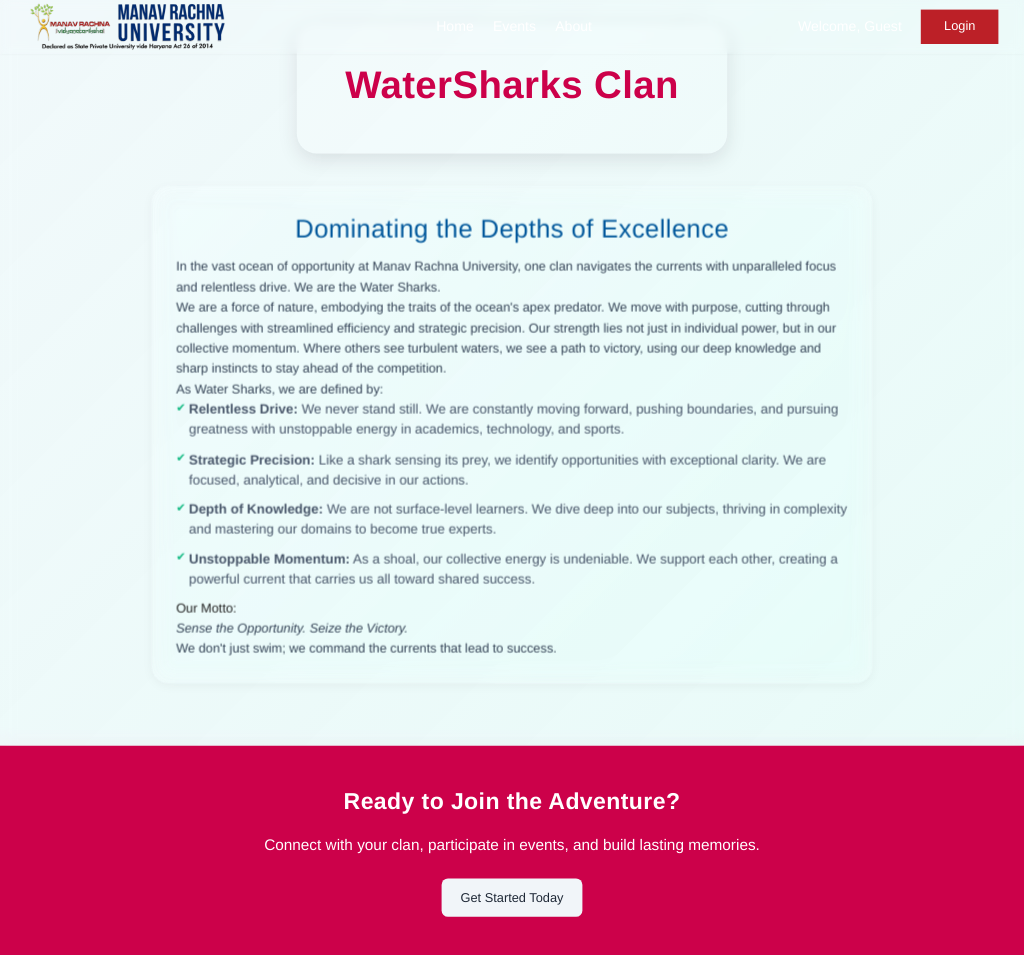
Repository: Aman-Sharma-Dev01/Clan-Event-Manager-0.1
Page: /water-sharks-page (app in Frontend/)
These files come from the project's save history. The page is drawn as it stood at one moment and after the next save; the edit follows.
The browser window is 1280 px wide. The pictures show the whole page, at 80% of full size.
The page's requests for data from a server got no answer. The project was rebuilt for these pictures with package versions that can differ from the ones it lists, and the page was loaded fresh each time. No one was signed in, and anything a server would have sent is missing. Also part of the build but not shown: Frontend/vite.config.js, Frontend/src/components/Login/Login.jsx, Frontend/src/components/About/About.jsx, Frontend/src/components/Dashboard/Dashboard.jsx, Frontend/src/components/HeroSection/HeroSection.css, Frontend/src/components/HeroSection/HeroSection.jsx, Frontend/src/components/ClanLogoSection/ClanLogoSection.css, Frontend/src/components/ClanLogoSection/ClanLogoSection.jsx and 25 more.

Above is the page before, as saved 2025-07-30 10:31:46.

### Frontend/index.html
<!doctype html>
<html lang="en">
  <head>
    <meta charset="UTF-8" />
    <link rel="icon" type="image/svg+xml" href="/download (1).png" />
    <meta name="viewport" content="width=device-width, initial-scale=1.0" />
    <title>Clan Event Manager</title>
  </head>
  <body>
    <div id="root"></div>
    <script type="module" src="/src/main.jsx"></script>
  </body>
</html>

### Frontend/src/main.jsx

import { createRoot } from 'react-dom/client'
import './index.css'
import App from './App.jsx'
import {BrowserRouter} from "react-router-dom";
import { AuthProvider } from './Context/AuthProvider.jsx';
createRoot(document.getElementById('root')).render(



  <BrowserRouter>
  <AuthProvider>
    <App />
  </AuthProvider>
  </BrowserRouter>
)

### Frontend/src/index.css
*{
  margin: 0;
  padding: 0;
  box-sizing: border-box;
  font-family: Helvetica, sans-serif
}
html, body {
  scroll-behavior: smooth;
}

### Frontend/src/Context/AuthProvider.jsx
import axios from "axios";
import React, { createContext, useContext, useEffect, useState } from "react";
import { BACKEND_URL } from "../components/utils";

export const AuthContext = createContext();

export const AuthProvider = ({ children }) => {
  const [events, setEvents] = useState();
  const [profile, setProfile] = useState();
  const [isAuthenticated, setIsAuthenticated] = useState(false);

  useEffect(() => {
    const fetchProfile = async () => {
      try {
        // token should be let type variable because its value will change in every login. (in backend also)
        let token = localStorage.getItem("jwt"); // Retrieve the token directly from the localStorage (Go to login.jsx)
        // console.log(token);
        if (token) {
          const { data } = await axios.get(
            `${BACKEND_URL}/api/users/get-my-profile`,
            {
              withCredentials: true,
              headers: {
                "Content-Type": "application/json",
              },
            }
          );
          console.log(data.user);
          setProfile(data);
          setIsAuthenticated(true);
        }
      } catch (error) {
        console.log(error);
      }
    };

    const fetchEvents = async () => {
      try {
        const { data } = await axios.get(
          `${BACKEND_URL}/api/event/allevents`,
          { withCredentials: true }
        );
        console.log(data);
        setEvents(data.events);
      } catch (error) {
        console.log(error);
      }
    };

    fetchEvents();
    fetchProfile();
  }, []);

  return (
    <AuthContext.Provider
      value={{
        events,
        profile,
        setProfile,
        isAuthenticated,
        setIsAuthenticated,
      }}
    >
      {children}
    </AuthContext.Provider>
  );
};

export const useAuth = () => useContext(AuthContext);

### Frontend/src/components/Footer/Footer.jsx
import React from "react";
import "./Footer.css";
import { useNavigate } from "react-router-dom";
const Footer = () => {
  const navigate = useNavigate();
  const toAbout = () => {
    navigate("/about");
  };
  return (
    <footer className="footer-cta">
      <h2>Ready to Join the Adventure?</h2>
      <p>Connect with your clan, participate in events, and build lasting memories.</p>
      <a href="#all-winners"><button className="cta-btn">Get Started Today</button></a>
    </footer>
  );
};

export default Footer;

### Frontend/src/components/KnowYourClan/WaterSharksPage.jsx
import React from "react";
import "./WaterSharksPage.css";

const WaterSharksPage = () => {
  return (
    <div className="watersharks-container">
      <div className="watersharks-hero">
        <h1> WaterSharks Clan</h1>

      </div>

      <div className="watersharks-content">
        <section className="watersharks-about">



 <h2> Dominating the Depths of Excellence</h2>

      <p>
        In the vast ocean of opportunity at Manav Rachna University, one clan navigates the currents with unparalleled focus and relentless drive. We are the Water Sharks.
      </p>

      <p>
        We are a force of nature, embodying the traits of the ocean's apex predator. We move with purpose, cutting through challenges with streamlined efficiency and strategic precision. Our strength lies not just in individual power, but in our collective momentum. Where others see turbulent waters, we see a path to victory, using our deep knowledge and sharp instincts to stay ahead of the competition.
      </p>

      <p>
        As Water Sharks, we are defined by:
      </p>

      <ul>
        <li>
          <strong>Relentless Drive:</strong> We never stand still. We are constantly moving forward, pushing boundaries, and pursuing greatness with unstoppable energy in academics, technology, and sports.
        </li>
        <li>
          <strong>Strategic Precision:</strong> Like a shark sensing its prey, we identify opportunities with exceptional clarity. We are focused, analytical, and decisive in our actions.
        </li>
        <li>
          <strong>Depth of Knowledge:</strong> We are not surface-level learners. We dive deep into our subjects, thriving in complexity and mastering our domains to become true experts.
        </li>
        <li>
          <strong>Unstoppable Momentum:</strong> As a shoal, our collective energy is undeniable. We support each other, creating a powerful current that carries us all toward shared success.
        </li>
      </ul>

      <h3 className="motto-heading">Our Motto:</h3>
      <p className="motto-text">
        <em>Sense the Opportunity. Seize the Victory.</em>
      </p>

      <p>
        We don't just swim; we command the currents that lead to success.
      </p>




        </section>




      </div>
    </div>
  );
};

export default WaterSharksPage;

### Frontend/src/ScrollToTop.jsx
import { useEffect } from "react";
import { useLocation } from "react-router-dom";

const ScrollToTop = () => {
  const { pathname } = useLocation();

  useEffect(() => {
    window.scrollTo({ top: 0, behavior: "instant" });
  }, [pathname]);

  return null;
};

export default ScrollToTop;

### Frontend/src/components/Login/Login.css
/* Login.css */

body {
  margin: 0;
  font-family: 'Inter', sans-serif;
  background-color: #f8fafc;
}

.login-wrapper {
  max-width: 400px;
  margin: 50px auto;
  padding: 0 16px;
  text-align: center;
}

.branding .logo {
  font-size: 32px;
}

.branding .brand-name {
  font-size: 24px;
  font-weight: 700;
  margin: 8px 0 4px;
  color: black;
}

.branding .tagline {
  color: #6b7280;
  font-size: 14px;
  margin-bottom: 24px;
}

.tab-container {
  display: flex;
  border-radius: 8px;
  overflow: hidden;
  margin-bottom: 24px;
  background-color: #f3f4f6;
}

.tab {
  flex: 1;
  padding: 12px;
  text-decoration: none;
  color: #6b7280;
  background-color: #f3f4f6;
  font-weight: 500;
}

.tab.active {
  background-color: #fff;
  color: #111827;
  font-weight: 600;
  border-bottom: 2px solid transparent;
}

.login-form {
  background-color: #fff;
  padding: 24px;
  border-radius: 8px;
  box-shadow: 0 0 0 1px rgba(0,0,0,0.05), 0 1px 3px rgba(0,0,0,0.1);
  text-align: left;
}

.form-heading {
  font-size: 20px;
  font-weight: 700;
  margin-bottom: 4px;
  color: #b22b2e;
}

.subheading {
  font-size: 14px;
  color: #6b7280;
  margin-bottom: 20px;
}

.input-group {
  margin-bottom: 16px;
}

.input-group label {
  display: block;
  font-weight: 500;
  margin-bottom: 4px;
}

.input-group input {
  width: 100%;
  padding: 10px;
  border: 1px solid #d1d5db;
  border-radius: 6px;
  font-size: 14px;
}

.submit-btn {
  width: 100%;
  padding: 12px;
  background-color: #b42d2f;
  color: white;
  border: none;
  border-radius: 6px;
  font-weight: 600;
  cursor: pointer;
  margin-top: 8px;
}

.submit-btn:disabled {
  background-color:#4b5563;
  cursor: not-allowed;
}

.back-home {
  display: block;
  margin-top: 16px;
  text-align: center;
  color: #6b7280;
  font-size: 14px;
  text-decoration: none;
}




.password-wrapper {
  position: relative;
  display: flex;
  align-items: center;
}

.password-wrapper input {
  width: 100%;
  padding-right: 40px; /* space for the eye icon */
}

.eye-icon {
  position: absolute;
  right: 12px;
  cursor: pointer;
  color: #555;
  font-size: 1.1rem;
}
.image{

width:240px;
height:auto
}

### Frontend/src/components/Footer/Footer.css
.footer-cta {
  background-color: #CC014A; /* Deep navy */
  color: #ffffff;
  text-align: center;
  padding: 3rem 1.5rem;
}

.footer-cta h2 {
  font-size: 1.8rem;
  font-weight: 700;
  margin-bottom: 1rem;
  color:white;
}

.footer-cta p {
  color: #fff;
  font-size: 1.2rem;
  margin-bottom: 1.5rem;
}

.cta-btn {
  background-color: #f1f5f9;
  color: #1f2937;
  border: none;
  padding: 0.75rem 1.5rem;
  font-size: 1rem;
  font-weight: 500;
  border-radius: 0.5rem;
  cursor: pointer;
  transition: background 0.3s ease;
}

.cta-btn:hover {
  background-color: #e2e8f0;
}

### Frontend/src/components/EventPage/EventPage.css
.events-container {
  padding: 40px;
  background-color: #f5f8fd;
  font-family: sans-serif;
}

.event-grid {
  display: grid;
  grid-template-columns: repeat(auto-fill, minmax(300px, 1fr));
  gap: 20px;
  margin-top: 20px;
}

.event-card {
  background: #fff;
  border-radius: 10px;
  padding: 20px;
  cursor: pointer;
  transition: transform 0.2s ease;
  box-shadow: 0 4px 8px rgba(0, 0, 0, 0.08);
  height: auto; /* ✅ Fixed height for uniformity */
  display: flex;
  flex-direction: column;
  justify-content: space-between;
  overflow: hidden;
}

.event-card:hover {
  transform: scale(1.03);
}

.badge-container {
  display: flex;
  gap: 10px;
  margin-bottom: 10px;
}

.clan-default {
  background-color: #b22b2e;
}

.badge {
  padding: 5px 10px;
  border-radius: 12px;
  font-size: 12px;
  font-weight: bold;
  color: white;
}

.clan-phoenix {
  background-color: #e74c3c;
}
.clan-dragon {
  background-color: #2ecc71;
}
.clan-wolf {
  background-color: #3498db;
}
.clan-eagle {
  background-color: #f39c12;
}

.status-upcoming {
  background-color: #0dace5;
}
.status-completed {
  background-color: #7f8c8d;
}

.badge.UPCOMING {
  background-color: #bc2027;
  color: white;
}

.badge.COMPLETED {
  background-color: #0dace5;
  color: white;
}

.event-poster {
  width: 100%;
  height: 160px; /* Fixed height for all posters */
  object-fit: contain; /* ✅ Ensures image fills the box without stretching */
  border-radius: 8px;
  margin-top: 10px;
  display: block;
  background-color: #f9f9f9;
}



h3 {
  font-size: 18px;
  margin: 12px 0 8px;
  font-weight: bold;
  color: #222;
}

.description {
  font-size: 14px;
  color: #555;
  margin-bottom: 10px;
  flex-grow: 1;
  overflow: hidden;
  display: -webkit-box;
  -webkit-line-clamp: 3; /* ✅ Limit to 3 lines */
  -webkit-box-orient: vertical;
  text-overflow: ellipsis;
}

.info {
  font-size: 14px;
  margin-top: 10px;
  color: #555;
  flex-shrink: 0;
}

.prize {
  font-size: 14px;
  color: #333;
  margin-top: 10px;
  flex-shrink: 0;
}

### Frontend/src/components/KnowYourClan/WaterSharksPage.css
/* WaterSharks.css */

body {
  margin: 0;
  font-family: "Segoe UI", Tahoma, Geneva, Verdana, sans-serif;

}

.watersharks-container {
  min-height: 100vh;
  display: flex;
  flex-direction: column;
  align-items: center;
  padding: 30px;
  background: linear-gradient(135deg, #e0f7fa40, #a7ffeb30);
  backdrop-filter: blur(10px);
}

.watersharks-hero {
  background: rgba(255, 255, 255, 0.15);
  padding: 40px 60px;
  border-radius: 25px;
  box-shadow: 0 8px 25px rgba(0, 0, 0, 0.1);
  text-align: center;
  color: #0a2540;
  margin-bottom: 40px;
}

.watersharks-hero h1 {
  font-size: 3rem;
  font-weight: 800;
  margin-bottom: 10px;
}

.watersharks-hero p {
  font-size: 1.2rem;
  font-weight: 500;
}

.watersharks-content {
  width: 100%;
  max-width: 900px;
  display: grid;
  gap: 40px;
}

.watersharks-about,
.watersharks-events,
.watersharks-join {
  background: rgba(255, 255, 255, 0.25);
  padding: 30px;
  border-radius: 20px;
  box-shadow: 0 4px 15px rgba(0, 0, 0, 0.05);
  color: #093b5c;
}

.watersharks-about h2,
.watersharks-events h2,
.watersharks-join h2 {
  font-size: 2rem;
  margin-bottom: 10px;
  color: #01579b;
}

.watersharks-about p,
.watersharks-join p {
  font-size: 1rem;
  line-height: 1.6;
}

.watersharks-events ul {
  list-style: none;
  padding-left: 0;
}

.watersharks-events li {
  margin-bottom: 10px;
  font-size: 1.05rem;
  background: rgba(255, 255, 255, 0.3);
  padding: 10px 15px;
  border-radius: 10px;
  transition: transform 0.2s ease;
}

.watersharks-events li:hover {
  transform: scale(1.02);
  background: rgba(255, 255, 255, 0.4);
}

.join-button {
  background: #0277bd;
  color: #fff;
  padding: 12px 24px;
  border: none;
  border-radius: 12px;
  font-size: 1rem;
  font-weight: 600;
  cursor: pointer;
  margin-top: 10px;
  transition: background 0.3s ease;
}

.join-button:hover {
  background: #01579b;
}

### Frontend/src/components/KnowYourClan/ForestRhinosPage.css
/* ForestRhinos.css */

body {
  margin: 0;
  font-family: "Segoe UI", Tahoma, Geneva, Verdana, sans-serif;

}

.forest-container {
  min-height: 100vh;
  display: flex;
  flex-direction: column;
  align-items: center;
  padding: 30px;
  background: linear-gradient(135deg, #eefbe9, #dcedc8);
  backdrop-filter: blur(8px);
}

.forest-hero {
  background: rgba(255, 255, 255, 0.2);
  padding: 40px 60px;
  border-radius: 25px;
  box-shadow: 0 8px 25px rgba(0, 0, 0, 0.1);
  text-align: center;
  color: #1b3a1b;
  margin-bottom: 40px;
}

.forest-hero h1 {
  font-size: 3rem;
  font-weight: 800;
  margin-bottom: 10px;
}

.forest-hero p {
  font-size: 1.2rem;
  font-weight: 500;
}

.forest-content {
  width: 100%;
  max-width: 900px;
  display: grid;
  gap: 40px;
}

.forest-about,
.forest-events,
.forest-join {
  background: rgba(255, 255, 255, 0.25);
  padding: 30px;
  border-radius: 20px;
  box-shadow: 0 4px 15px rgba(0, 0, 0, 0.05);
  color: #2e4600;
}

.forest-about h2,
.forest-events h2,
.forest-join h2 {
  font-size: 2rem;
  margin-bottom: 10px;
  color: #33691e;
}

.forest-about p,
.forest-join p {
  font-size: 1rem;
  line-height: 1.6;
}

.forest-events ul {
  list-style: none;
  padding-left: 0;
}

.forest-events li {
  margin-bottom: 10px;
  font-size: 1.05rem;
  background: rgba(255, 255, 255, 0.3);
  padding: 10px 15px;
  border-radius: 10px;
  transition: transform 0.2s ease;
}

.forest-events li:hover {
  transform: scale(1.02);
  background: rgba(255, 255, 255, 0.4);
}

.join-button {
  background: #558b2f;
  color: #fff;
  padding: 12px 24px;
  border: none;
  border-radius: 12px;
  font-size: 1rem;
  font-weight: 600;
  cursor: pointer;
  margin-top: 10px;
  transition: background 0.3s ease;
}

.join-button:hover {
  background: #33691e;
}

### Frontend/src/components/KnowYourClan/AirFalconsPage.css
/* AirFalcons.css */

body {
  margin: 0;
  font-family: "Segoe UI", Tahoma, Geneva, Verdana, sans-serif;

}

.airfalcons-container {
  min-height: 100vh;
  display: flex;
  flex-direction: column;
  align-items: center;
  padding: 30px;
  background: linear-gradient(135deg, #e1f5fe50, #b3e5fc40);
  backdrop-filter: blur(10px);
}

.airfalcons-hero {
  background: rgba(255, 255, 255, 0.15);
  padding: 40px 60px;
  border-radius: 25px;
  box-shadow: 0 8px 25px rgba(0, 0, 0, 0.1);
  text-align: center;
  color: #0d47a1;
  margin-bottom: 40px;
}

.airfalcons-hero h1 {
  font-size: 3rem;
  font-weight: 800;
  margin-bottom: 10px;
}

.airfalcons-hero p {
  font-size: 1.2rem;
  font-weight: 500;
}

.airfalcons-content {
  width: 100%;
  max-width: 900px;
  display: grid;
  gap: 40px;
}

.airfalcons-about,
.airfalcons-events,
.airfalcons-join {
  background: rgba(255, 255, 255, 0.25);
  padding: 30px;
  border-radius: 20px;
  box-shadow: 0 4px 15px rgba(0, 0, 0, 0.05);
  color: #0d3c61;
}

.airfalcons-about h2,
.airfalcons-events h2,
.airfalcons-join h2 {
  font-size: 2rem;
  margin-bottom: 10px;
  color: #1565c0;
}

.airfalcons-about p,
.airfalcons-join p {
  font-size: 1rem;
  line-height: 1.6;
}

.airfalcons-events ul {
  list-style: none;
  padding-left: 0;
}

.airfalcons-events li {
  margin-bottom: 10px;
  font-size: 1.05rem;
  background: rgba(255, 255, 255, 0.3);
  padding: 10px 15px;
  border-radius: 10px;
  transition: transform 0.2s ease;
}

.airfalcons-events li:hover {
  transform: scale(1.02);
  background: rgba(255, 255, 255, 0.4);
}

.join-button {
  background: #1976d2;
  color: #fff;
  padding: 12px 24px;
  border: none;
  border-radius: 12px;
  font-size: 1rem;
  font-weight: 600;
  cursor: pointer;
  margin-top: 10px;
  transition: background 0.3s ease;
}

.join-button:hover {
  background: #0d47a1;
}

### Frontend/src/components/KnowYourClan/WildCatssPage.css
.wildcats-container {
  min-height: 100vh;
  display: flex;
  flex-direction: column;
  align-items: center;
  padding: 30px;
  background: linear-gradient(135deg, #ffffff10, #ffd70020);
  backdrop-filter: blur(10px);
}

.wildcats-hero {
  background: rgba(255, 255, 255, 0.15);
  padding: 40px 60px;
  border-radius: 25px;
  box-shadow: 0 8px 25px rgba(0, 0, 0, 0.1);
  text-align: center;
  color: #2c2c2c;
  margin-bottom: 40px;
}

.wildcats-hero h1 {
  font-size: 3rem;
  font-weight: 800;
  margin-bottom: 10px;
}

.wildcats-hero p {
  font-size: 1.2rem;
  font-weight: 500;
}

.wildcats-content {
  width: 100%;
  max-width: 900px;
  display: grid;
  gap: 40px;
}

.wildcats-about,
.wildcats-events,
.wildcats-join {
  background: rgba(255, 255, 255, 0.2);
  padding: 30px;
  border-radius: 20px;
  box-shadow: 0 4px 15px rgba(0, 0, 0, 0.05);
  color: #333;
}

.wildcats-about h2,
.wildcats-events h2,
.wildcats-join h2 {
  font-size: 2rem;
  margin-bottom: 10px;
  color: #1e293b;
}

.wildcats-about p,
.wildcats-join p {
  font-size: 1rem;
  line-height: 1.6;
}

.wildcats-events ul {
  list-style: none;
  padding-left: 0;
}

.wildcats-events li {
  margin-bottom: 10px;
  font-size: 1.05rem;
  background: rgba(255, 255, 255, 0.3);
  padding: 10px 15px;
  border-radius: 10px;
  transition: transform 0.2s ease;
}

.wildcats-events li:hover {
  transform: scale(1.02);
  background: rgba(255, 255, 255, 0.4);
}

.join-button {
  background: #1e40af;
  color: #fff;
  padding: 12px 24px;
  border: none;
  border-radius: 12px;
  font-size: 1rem;
  font-weight: 600;
  cursor: pointer;
  margin-top: 10px;
  transition: background 0.3s ease;
}

.join-button:hover {
  background: #1d4ed8;
}

Loaded but not shown: Frontend/src/components/utils.js (1 lines, source omitted); Frontend/src/components/Society/Rudra/Rudra.css (1048 lines, source omitted); Frontend/src/components/Society/Felicia/Felicia.css (1072 lines, source omitted); Frontend/src/components/Society/Khalbali/Khalbali.css (936 lines, source omitted); Frontend/src/components/Society/Rehnuma/Rehnuma.css (882 lines, source omitted); Frontend/src/components/Society/Athelites/Athelites.css (868 lines, source omitted); Frontend/src/components/Society/Moksh/Moksh.css (893 lines, source omitted); Frontend/src/components/Society/Techsoul/Techsoul.css (831 lines, source omitted); Frontend/src/components/Society/Drishti/Drishti.css (835 lines, source omitted); Frontend/src/components/Society/Noora/Noora.css (830 lines, source omitted); Frontend/src/components/Society/Gamenix/Gamenix.css (742 lines, source omitted); Frontend/src/components/AllWinnersSlideshow/AllWinnersSlideshow.css (305 lines, source omitted); Frontend/src/components/WinnersPhoto/WinnersPhoto.css (188 lines, source omitted); Frontend/src/components/Dashboard/Dashboard.css (299 lines, source omitted); Frontend/src/App.jsx (91 lines, source omitted); Frontend/src/components/Navbar/Navbar.jsx (118 lines, source omitted); Frontend/src/components/About/About.css (233 lines, source omitted); Frontend/src/components/Navbar/Navbar.css (163 lines, source omitted); Frontend/src/components/HomePage/Homepage.css (no stored copy; drawn as an empty file)

After the next save:
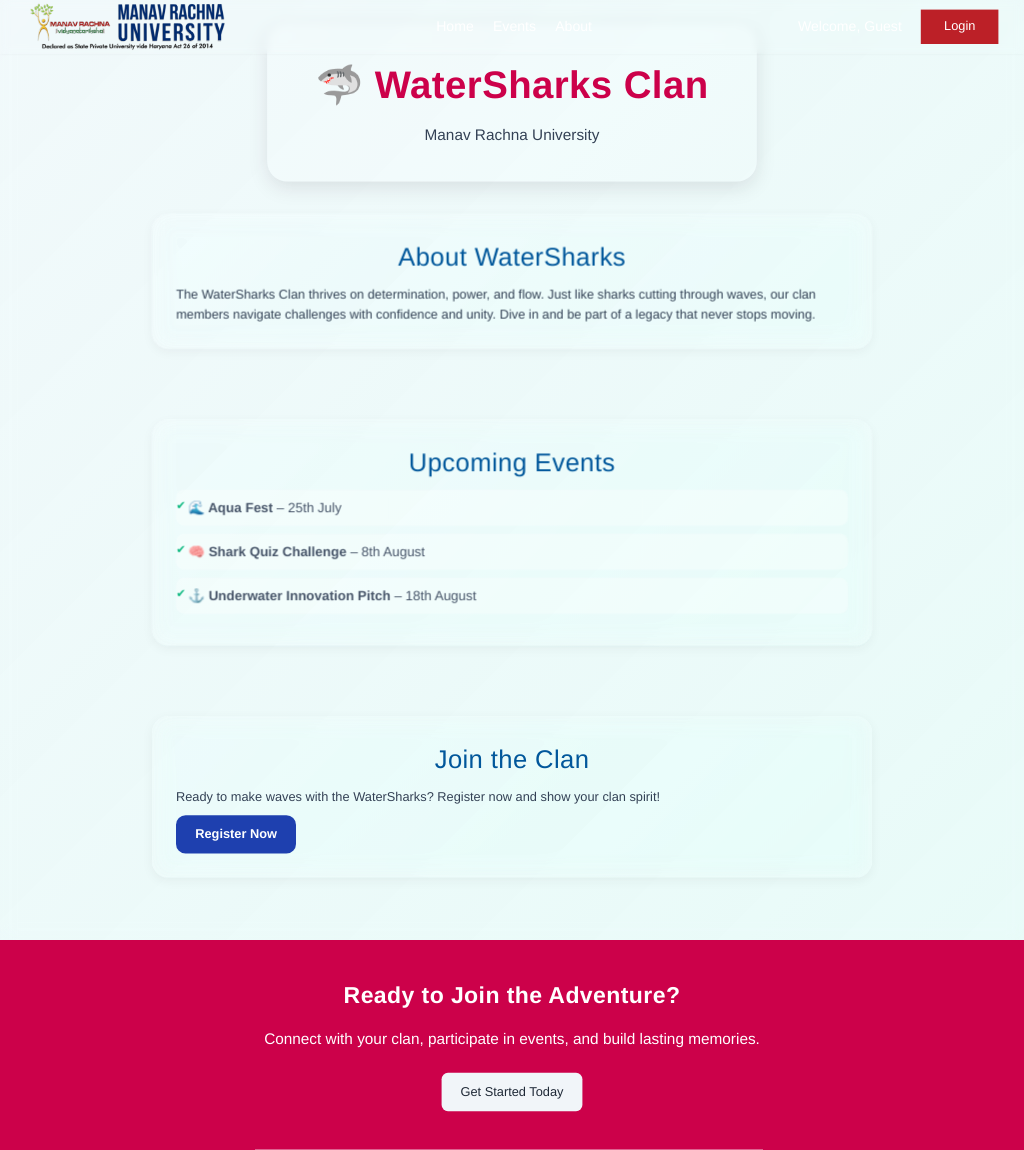
Saved 14 min 50 s later.
--- a/Frontend/src/components/KnowYourClan/WaterSharksPage.jsx
+++ b/Frontend/src/components/KnowYourClan/WaterSharksPage.jsx
@@ -5,61 +5,42 @@
   return (
     <div className="watersharks-container">
       <div className="watersharks-hero">
-        <h1> WaterSharks Clan</h1>
-
+        <h1>🦈 WaterSharks Clan</h1>
+        <p>Manav Rachna University</p>
       </div>
 
       <div className="watersharks-content">
         <section className="watersharks-about">
-
-
-
- <h2> Dominating the Depths of Excellence</h2>
-
-      <p>
-        In the vast ocean of opportunity at Manav Rachna University, one clan navigates the currents with unparalleled focus and relentless drive. We are the Water Sharks.
-      </p>
-
-      <p>
-        We are a force of nature, embodying the traits of the ocean's apex predator. We move with purpose, cutting through challenges with streamlined efficiency and strategic precision. Our strength lies not just in individual power, but in our collective momentum. Where others see turbulent waters, we see a path to victory, using our deep knowledge and sharp instincts to stay ahead of the competition.
-      </p>
-
-      <p>
-        As Water Sharks, we are defined by:
-      </p>
-
-      <ul>
-        <li>
-          <strong>Relentless Drive:</strong> We never stand still. We are constantly moving forward, pushing boundaries, and pursuing greatness with unstoppable energy in academics, technology, and sports.
-        </li>
-        <li>
-          <strong>Strategic Precision:</strong> Like a shark sensing its prey, we identify opportunities with exceptional clarity. We are focused, analytical, and decisive in our actions.
-        </li>
-        <li>
-          <strong>Depth of Knowledge:</strong> We are not surface-level learners. We dive deep into our subjects, thriving in complexity and mastering our domains to become true experts.
-        </li>
-        <li>
-          <strong>Unstoppable Momentum:</strong> As a shoal, our collective energy is undeniable. We support each other, creating a powerful current that carries us all toward shared success.
-        </li>
-      </ul>
-
-      <h3 className="motto-heading">Our Motto:</h3>
-      <p className="motto-text">
-        <em>Sense the Opportunity. Seize the Victory.</em>
-      </p>
-
-      <p>
-        We don't just swim; we command the currents that lead to success.
-      </p>
-
-
-
-
+          <h2>About WaterSharks</h2>
+          <p>
+            The WaterSharks Clan thrives on determination, power, and flow.
+            Just like sharks cutting through waves, our clan members navigate challenges
+            with confidence and unity. Dive in and be part of a legacy that never stops moving.
+          </p>
         </section>
 
+        <section className="watersharks-events">
+          <h2>Upcoming Events</h2>
+          <ul>
+            <li>
+              <strong>🌊 Aqua Fest</strong> – 25th July
+            </li>
+            <li>
+              <strong>🧠 Shark Quiz Challenge</strong> – 8th August
+            </li>
+            <li>
+              <strong>⚓ Underwater Innovation Pitch</strong> – 18th August
+            </li>
+          </ul>
+        </section>
 
-
-
+        <section className="watersharks-join">
+          <h2>Join the Clan</h2>
+          <p>
+            Ready to make waves with the WaterSharks? Register now and show your clan spirit!
+          </p>
+          <button className="join-button">Register Now</button>
+        </section>
       </div>
     </div>
   );
